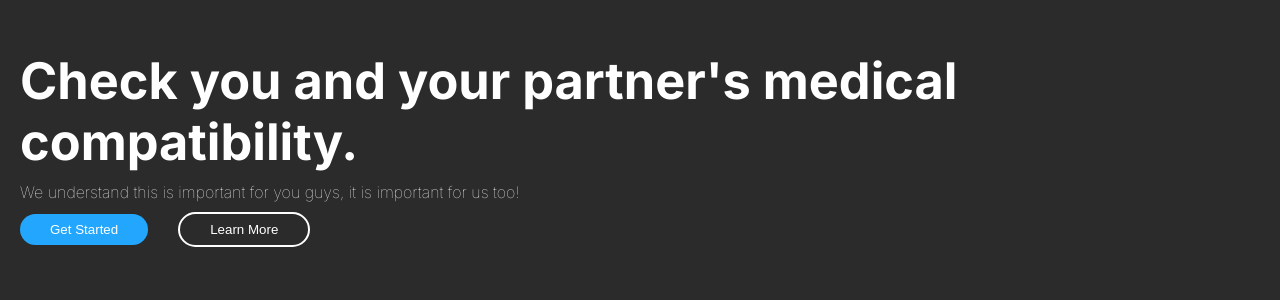
Repository: devhabeeblateef/tictactoe
Page: /
These files come from the project's save history. The page is drawn as it stood at one moment and after the next save; the edit follows.
The browser window is 1280 px wide. The pictures show the whole page.
The project was rebuilt for these pictures with package versions that can differ from the ones it lists, and the page was loaded fresh each time. Also part of the build but not shown: src/App.css.

Above is the page before, as saved 2022-06-17 00:41:16.

After the next save:
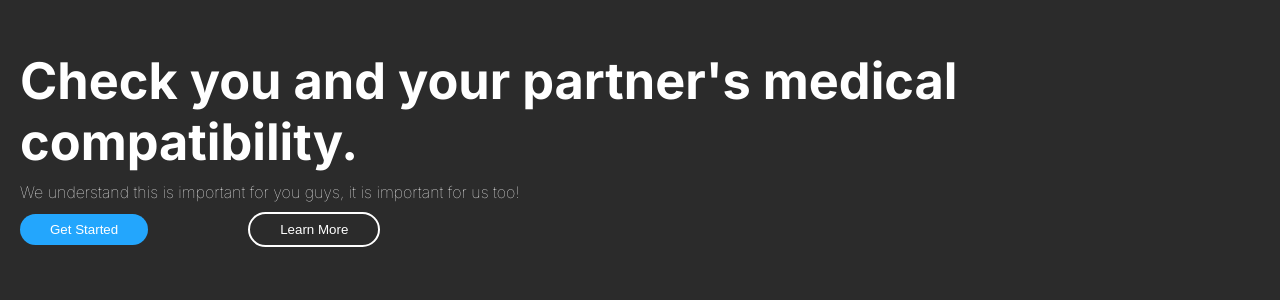
Saved 6 s later.
--- a/src/Home.module.css
+++ b/src/Home.module.css
@@ -45,7 +45,7 @@ img
 
 .button__two
 {
-    margin-left: 30px;
+    margin-left: 100px;
     background-color: transparent;
     border-radius: 60px;
     padding: 8px 30px;
